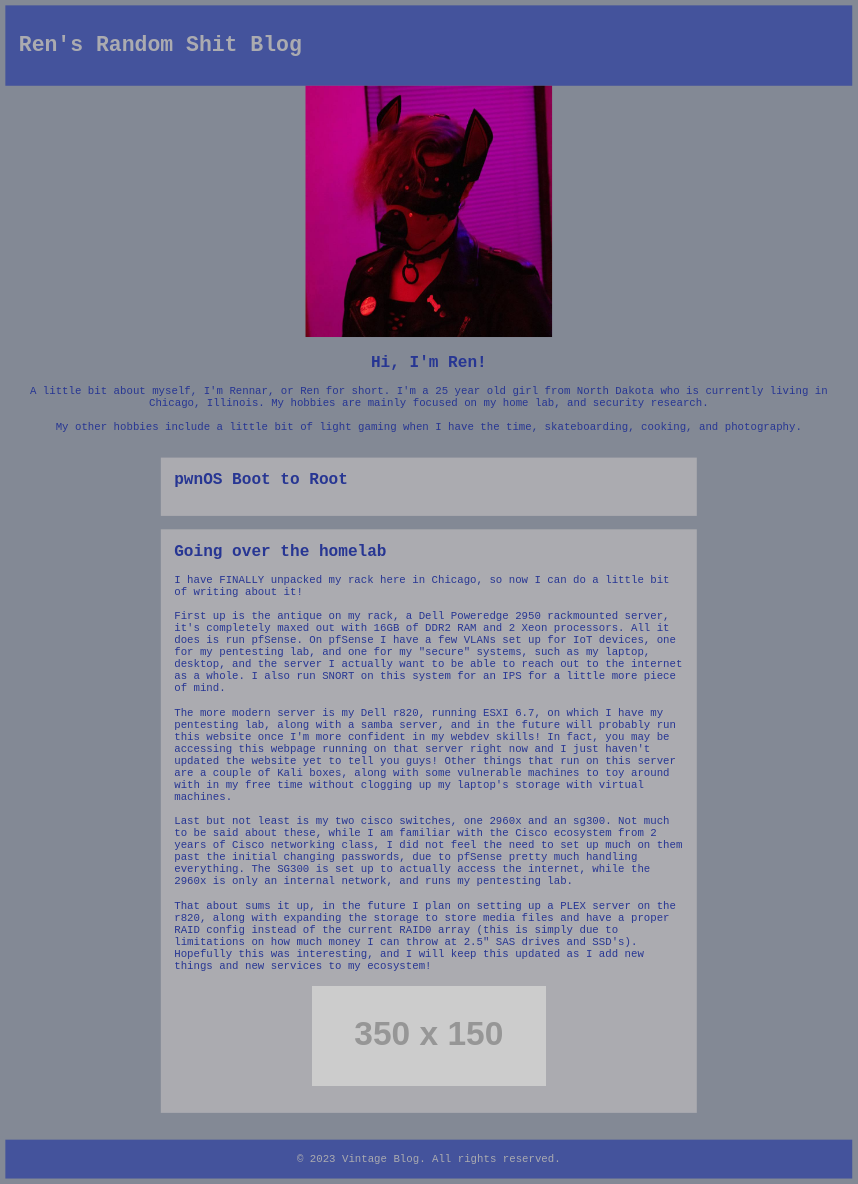
Repository: RennarDeer/RenDev
Page: index.html
These files come from the project's save history. The page is drawn as it stood at one moment and after the next save; the edit follows.
The browser window is 1280 px wide. The pictures show the whole page, at 67% of full size.

Above is the page before, as saved 2023-02-14 22:20:54.

### index.html
<!DOCTYPE html>
<html>
  <head>
    <title>Rennar's Website</title>
    <link rel="stylesheet" type="text/css" href="style.css">
  </head>
  <body>
    <header>
      <h1>Ren's Random Shit Blog</h1>

    </header>
     <!-- "About" section -->
     <section id="about" class="intro">
        <!--Replace with your own image-->
        <center><img src="renpic.JPG"
            alt="RennarPicture" height=375px;>
        <h2 class="section-title">Hi, I'm Ren!</h2>
        <p>
            A little bit about myself, I'm Rennar, or Ren for short. I'm a 25 year old girl from North Dakota
            who is currently living in Chicago, Illinois. My hobbies are mainly focused on my home lab, and security research.
            <br><br>
            My other hobbies include a little bit of light gaming when I have the time, skateboarding, cooking, and photography.</center>
	</p>
    </section>
    <main>
      <article>
        <h2>pwnOS Boot to Root

        </h2>
      </article>
      <article>
        <h2>Going over the homelab</h2>
                        I have FINALLY unpacked my rack here in Chicago, so now I can do a little bit of writing about it!

                            <br><br>


                        First up is the antique on my rack, a Dell Poweredge 2950 rackmounted server, it's completely
                        maxed out with 16GB of DDR2 RAM and 2 Xeon processors. All it does is run pfSense. On pfSense
                        I have a few VLANs set up for IoT devices, one for my pentesting lab, and one for my "secure"
                        systems, such as my laptop, desktop, and the server I actually want to be able to reach out
                        to the internet as a whole. I also run SNORT on this system for an IPS for a little more piece
                        of mind.

                            <br><br>

                        The more modern server is my Dell r820, running ESXI 6.7, on which I have my pentesting lab,
                        along with a samba server, and in the future will probably run this website once I'm more confident
                        in my webdev skills! In fact, you may be accessing this webpage running on that server right now and
                        I just haven't updated the website yet to tell you guys! Other things that run on this server are a
                        couple of Kali boxes, along with some vulnerable machines to toy around with in my free time without
                        clogging up my laptop's storage with virtual machines.

                            <br><br>

                        Last but not least is my two cisco switches, one 2960x and an sg300. Not much to be said about these,
                        while I am familiar with the Cisco ecosystem from 2 years of Cisco networking class, I did not feel
                        the need to set up much on them past the initial changing passwords, due to pfSense pretty much handling
                        everything. The SG300 is set up to actually access the internet, while the 2960x is only an internal
                        network, and runs my pentesting lab.

                            <br><br>

                        That about sums it up, in the future I plan on setting up a PLEX server on the r820, along with expanding
                        the storage to store media files and have a proper RAID config instead of the current RAID0 array (this is
                        simply due to limitations on how much money I can throw at 2.5" SAS drives and SSD's). Hopefully this was
                        interesting, and I will keep this updated as I add new things and new services to my ecosystem!
        <img src="https://via.placeholder.com/350x150" alt="Blog Post Image">
      </article>
    </main>
    <footer>
      &copy; 2023 Vintage Blog. All rights reserved.
    </footer>
  </body>
</html>

### style.css
body {
    background-color: #838995;
    color: #273693;
    font-family: "Courier New", Courier, monospace;
    font-size: 16px;
  }

  header {
    background-color: #44539c;
    color: #ababb0;
    padding: 20px;
    display: flex;
    justify-content: space-between;
    align-items: center;
  }

  nav ul {
    list-style: none;
    margin: 0;
    padding: 0;
    display: flex;
  }

  nav ul li {
    margin: 0 10px;
  }

  nav ul li a {
    color: #ababb0;
    text-decoration: none;
  }

  main {
    max-width: 800px;
    margin: 0 auto;
    padding: 20px;
  }

  article {
    background-color: #ababb0;
    padding: 20px;
    margin-bottom: 20px;
  }

  article h2 {
    color: #273693;
    font-size: 24px;
    margin-top: 0;
  }

  article img {
    display: block;
    margin: 20px auto;
  }

  footer {
    background-color: #44539c;
    color: #ababb0;
    padding: 20px;
    text-align: center;
  }

After the next save:
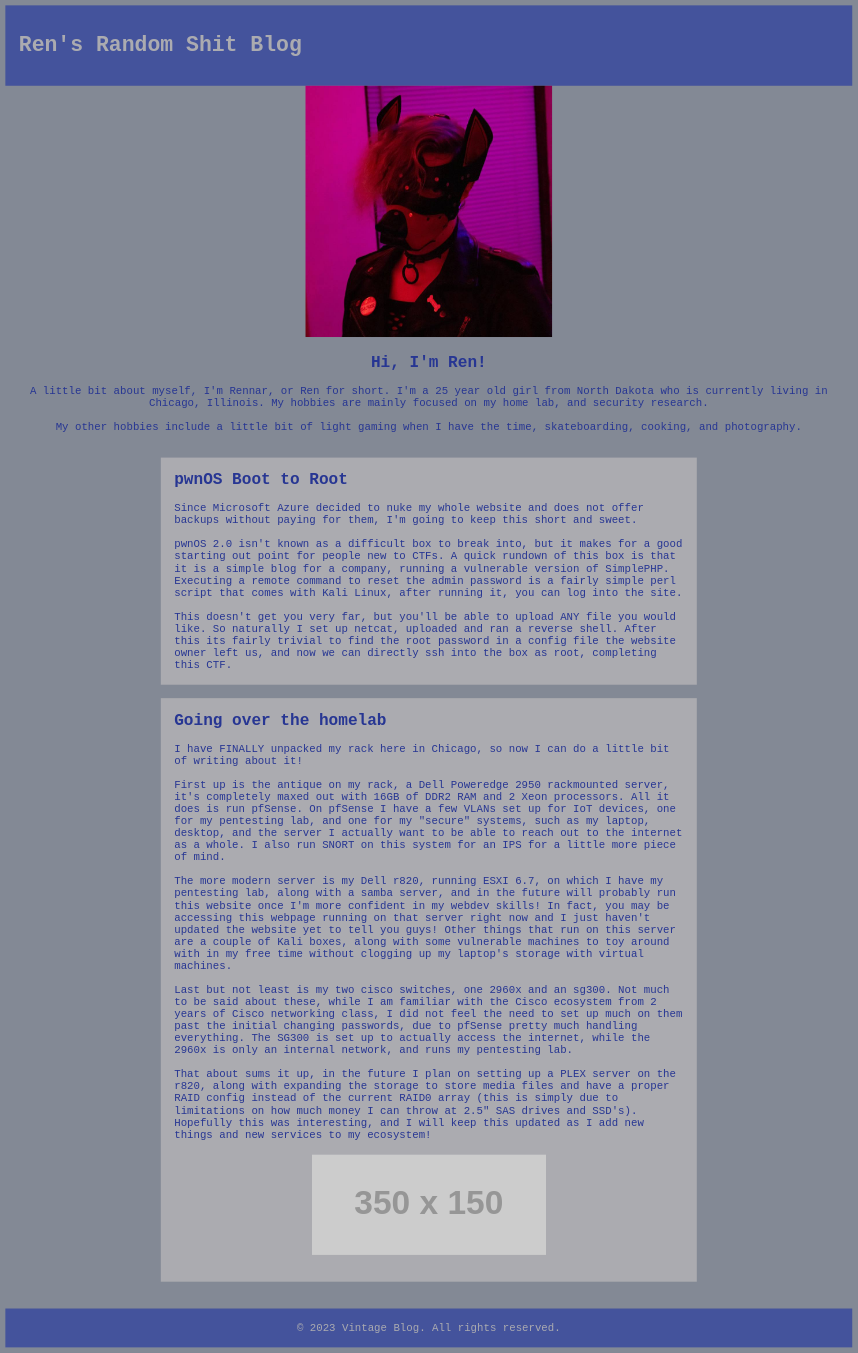
Saved 81 s later.
--- a/index.html
+++ b/index.html
@@ -24,9 +24,25 @@
     </section>
     <main>
       <article>
-        <h2>pwnOS Boot to Root
+        <h2>pwnOS Boot to Root</h2>
 
-        </h2>
+        Since Microsoft Azure decided to nuke my whole website and does not offer backups without
+        paying for them, I'm going to keep this short and sweet.
+
+            <br><br>
+
+        pwnOS 2.0 isn't known as a difficult box to break into, but it makes for a good starting out
+        point for people new to CTFs. A quick rundown of this box is that it is a simple blog for a
+        company, running a vulnerable version of SimplePHP. Executing a remote command to reset
+        the admin password is a fairly simple perl script that comes with Kali Linux, after running it,
+        you can log into the site.
+
+            <br><br>
+
+        This doesn't get you very far, but you'll be able to upload ANY file
+        you would like. So naturally I set up netcat, uploaded and ran a reverse shell. After this its
+        fairly trivial to find the root password in a config file the website owner left us, and now
+        we can directly ssh into the box as root, completing this CTF.
       </article>
       <article>
         <h2>Going over the homelab</h2>
